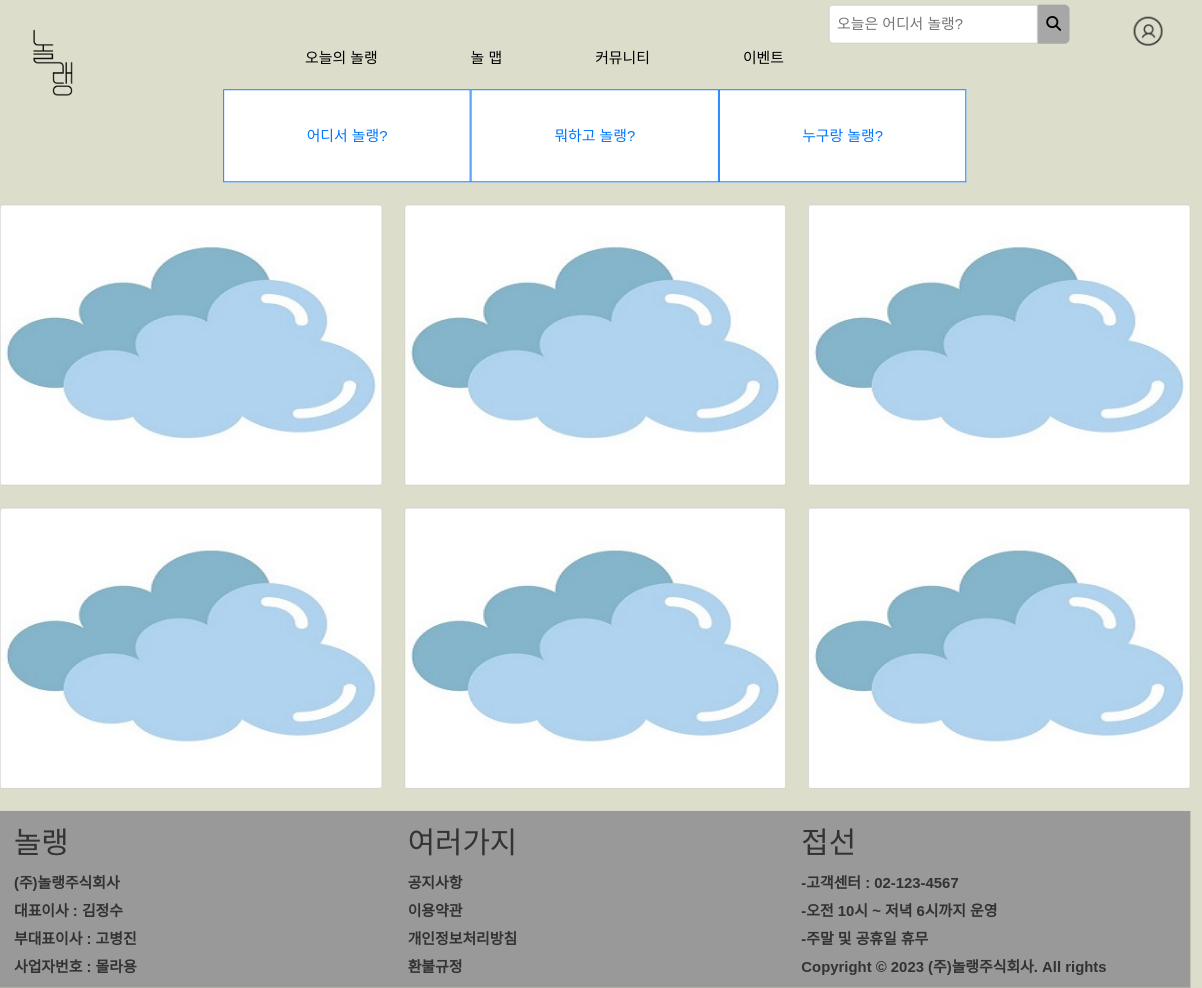
Repository: rrqrw/-
Page: http://localhost/noll_project/who/who1.jsp
An editor plug-in stored every save of this project. The page is shown before and after the next save, followed by the edit.
The browser window is 1280 px wide. The page is 1292 px wide, then 1280 px, so the pictures cover 1292 px, including what lies to the right of the window. The pictures show the whole page, at 93% of full size.
Some web libraries are served in a nearby version. The page is served by Tomcat 9.

Above is the page before, as saved 2023-12-12 09:18:22.

After the next save:
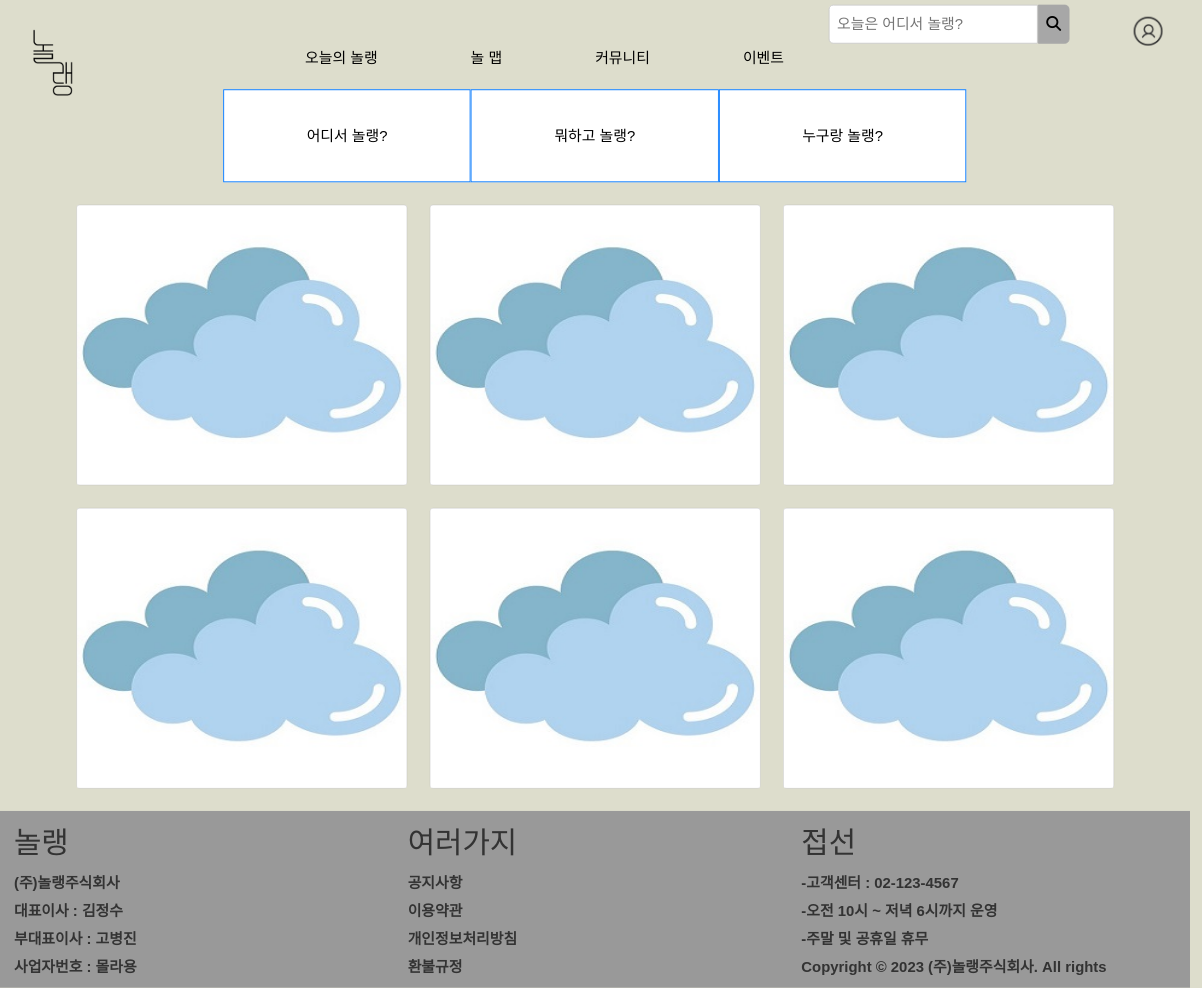
Saved 3 s later.
--- a/noll_project/src/main/webapp/who/who1.jsp
+++ b/noll_project/src/main/webapp/who/who1.jsp
@@ -15,7 +15,7 @@
 </head>
 <body>
 <jsp:include page="../header.jsp" />
-  <div class="wholist">
+  <div class="container">
     <div class="menu">
     <ul>
       <li><a href="../who/who1.jsp">어디서 놀랭?</a></li>
